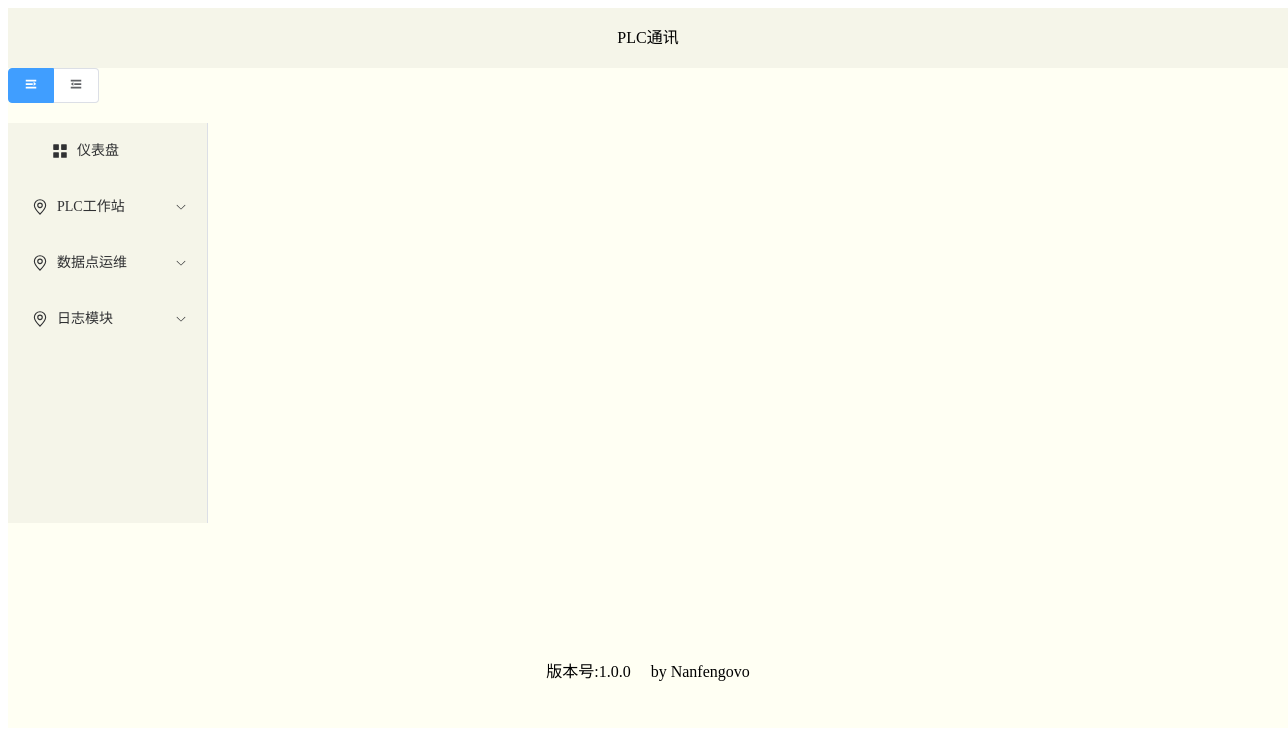
Repository: nanfengovo/HelperWorkStation
Page: /#/framework (app in HelperWorkStation/plchelper-ui/)
An editor plug-in stored every save of this project. The page is shown before and after the next save, followed by the edit.
The browser window is 1280 px wide. The page is 1288 px wide, so the pictures cover 1288 px, including what lies to the right of the window. The pictures show the whole page.
The project was rebuilt for these pictures with package versions that can differ from the ones it lists, and the page was loaded fresh each time. Also part of the build but not shown: HelperWorkStation/plchelper-ui/vite.config.ts, HelperWorkStation/plchelper-ui/src/views/Login/index.vue, HelperWorkStation/plchelper-ui/src/views/FrameWork/layout/panel/index.vue.

Above is the page before, as saved 2024-12-25 10:36:27.

### HelperWorkStation/plchelper-ui/index.html
<!DOCTYPE html>
<html lang="">
  <head>
    <meta charset="UTF-8">
    <link rel="icon" href="/favicon.ico">
    <meta name="viewport" content="width=device-width, initial-scale=1.0">
    <title>Vite App</title>
  </head>
  <body>
    <div id="app"></div>
    <script type="module" src="/src/main.ts"></script>
  </body>
</html>

<style>
  #app{
    /* display: flex;
    justify-content: center;
    align-items: center; */
    height: 100vh;
    width: 100vw;
  }
</style>

### HelperWorkStation/plchelper-ui/src/main.ts
// import './assets/main.css'

import { createApp } from 'vue'
import ElementPlus from 'element-plus'
import 'element-plus/dist/index.css'
import { createPinia } from 'pinia'

import App from './App.vue'
import * as ElementPlusIconsVue from '@element-plus/icons-vue'
import router from './router'

const app = createApp(App)
app.use(router)
for (const [key, component] of Object.entries(ElementPlusIconsVue)) {
    app.component(key, component)
    }
app.use(ElementPlus)
app.use(createPinia())


app.mount('#app')

### HelperWorkStation/plchelper-ui/src/App.vue
<script setup lang="ts">
import {  RouterView } from 'vue-router'
import FrameWork from './views/FrameWork/index.vue'
import Login from './views/Login/index.vue'
</script>

<template>
  <div class="app">
    <RouterView />
  </div>

  <!-- <RouterView /> -->
</template>

<style scoped>
	html,body,#app{
      height: 100%;
      width: 100%;
	}
  .app{
    height: 100%;
    width: 100%;
  }
</style>

### HelperWorkStation/plchelper-ui/src/router/index.ts
import { createMemoryHistory, createRouter, createWebHashHistory } from 'vue-router'
import frameWork from '../views/FrameWork/index.vue';
import Login from '../views/Login/index.vue';
import panel from '../views/FrameWork/layout/panel/index.vue';

const routes = [
    { path: '/', component: Login },
    { path: '/framework', component: frameWork },
    { path: '/framework/panel', component: panel}
    ]


    const router = createRouter({
        history: createWebHashHistory(),
        routes,
    })

export default router;

### HelperWorkStation/plchelper-ui/src/views/FrameWork/index.vue
<template>
    <div class="common-layout">
        <el-container>
            <div class="layout-header">
                <el-header>
                    PLC通讯
                </el-header>
            </div>
            <el-container>
                <el-aside width="200px" height="100vh">
                    <el-radio-group v-model="isCollapse" style="margin-bottom: 20px">
                        <el-radio-button :value="false"><el-icon><Expand /></el-icon></el-radio-button>
                        <el-radio-button :value="true"><el-icon><Fold /></el-icon></el-radio-button>
                    </el-radio-group>
                    <el-menu
                        background-color="#f5f5e9"
                        default-active="1"
                        class="el-menu-vertical-demo"
                        :collapse="isCollapse"
                        @open="handleOpen"
                        @close="handleClose"
                        router
                    >
                        <el-menu-item index="1">
                            <el-menu-item >
                                <el-icon><icon-menu /></el-icon>
                                <template #title>仪表盘</template>
                            </el-menu-item>
                        </el-menu-item>
                        <el-sub-menu index="2">
                        <template #title>
                            <el-icon><location /></el-icon>
                            <span>PLC工作站</span>
                        </template>
                        <el-menu-item-group >
                            <el-menu-item index="2-1">Modbus模块</el-menu-item>
                            <el-menu-item index="2-2">S7模块</el-menu-item>
                            <el-menu-item index="2-3">OPC模块</el-menu-item>
                            <el-menu-item index="2-4">FinsTCP模块</el-menu-item>
                        </el-menu-item-group>
                        </el-sub-menu>
                        <el-sub-menu index="3">
                        <template #title>
                            <el-icon><location /></el-icon>
                            <span>数据点运维</span>
                        </template>
                        <el-menu-item-group >
                            <el-menu-item index="3-1">Modbus数据点配置</el-menu-item>
                            <el-menu-item index="3-2">S7数据点配置</el-menu-item>
                            <el-menu-item index="3-3">OPC数据点配置</el-menu-item>
                            <el-menu-item index="3-4">FinsTCP数据点模块</el-menu-item>
                        </el-menu-item-group>
                        </el-sub-menu>
                        <el-sub-menu index="4">
                        <template #title>
                            <el-icon><location /></el-icon>
                            <span>日志模块</span>
                        </template>
                        <el-menu-item-group >
                            <el-menu-item index="4-1">操作日志</el-menu-item>
                            <el-menu-item index="4-2">读写日志</el-menu-item>
                        </el-menu-item-group>
                        </el-sub-menu>
                    </el-menu>
                </el-aside>
                    <el-container>
                        <el-main><RouterView/></el-main>
                    </el-container>
            </el-container>
                <el-footer class="fixed-footer" >
                    <span>版本号:{{SoftVersion}}</span>&nbsp;&nbsp;&nbsp;&nbsp;
                    <span>by {{ SoftAuthor }}</span>
                </el-footer>
        </el-container>
    </div>
</template>

<script lang="ts" setup>
import { ref } from 'vue'
import { useRouter } from 'vue-router';
import routes from '../../router/index';
import {
    Document,
    Menu as IconMenu,
    Location,
    Setting,
} from '@element-plus/icons-vue'


const activeIndex = ref('1')
const activeIndex2 = ref('1')
const handleSelect = (key: string, keyPath: string[]) => {
    console.log(key, keyPath)
                }
const router = useRouter();
const SoftVersion = ref('1.0.0')
const SoftAuthor = ref('Nanfengovo')



const isCollapse = ref(false)
const handleOpen = (key: string, keyPath: string[]) => {
    console.log(key, keyPath)
}
const handleClose = (key: string, keyPath: string[]) => {
    console.log(key, keyPath)
}
</script>

<style>
.el-menu-vertical-demo:not(.el-menu--collapse) {
    width: 200px;
    min-height: 400px;
}
.layout-header {
    background-color: #f5f5e9;
    color: black;
    text-align: center;
    line-height: 60px;
}
.common-layout{
    display: flex;
    flex-direction: column;
    min-height: 100vh;
    background-color: #fffff3;
}
.fixed-footer {
    background-color: #fffff3; /* 根据需要设置背景颜色 */
    padding: 10px; /* 根据需要设置内边距 */
    text-align: center; /* 根据需要设置文本对齐方式 */
    margin-bottom: 20px;
}

</style>

After the next save:
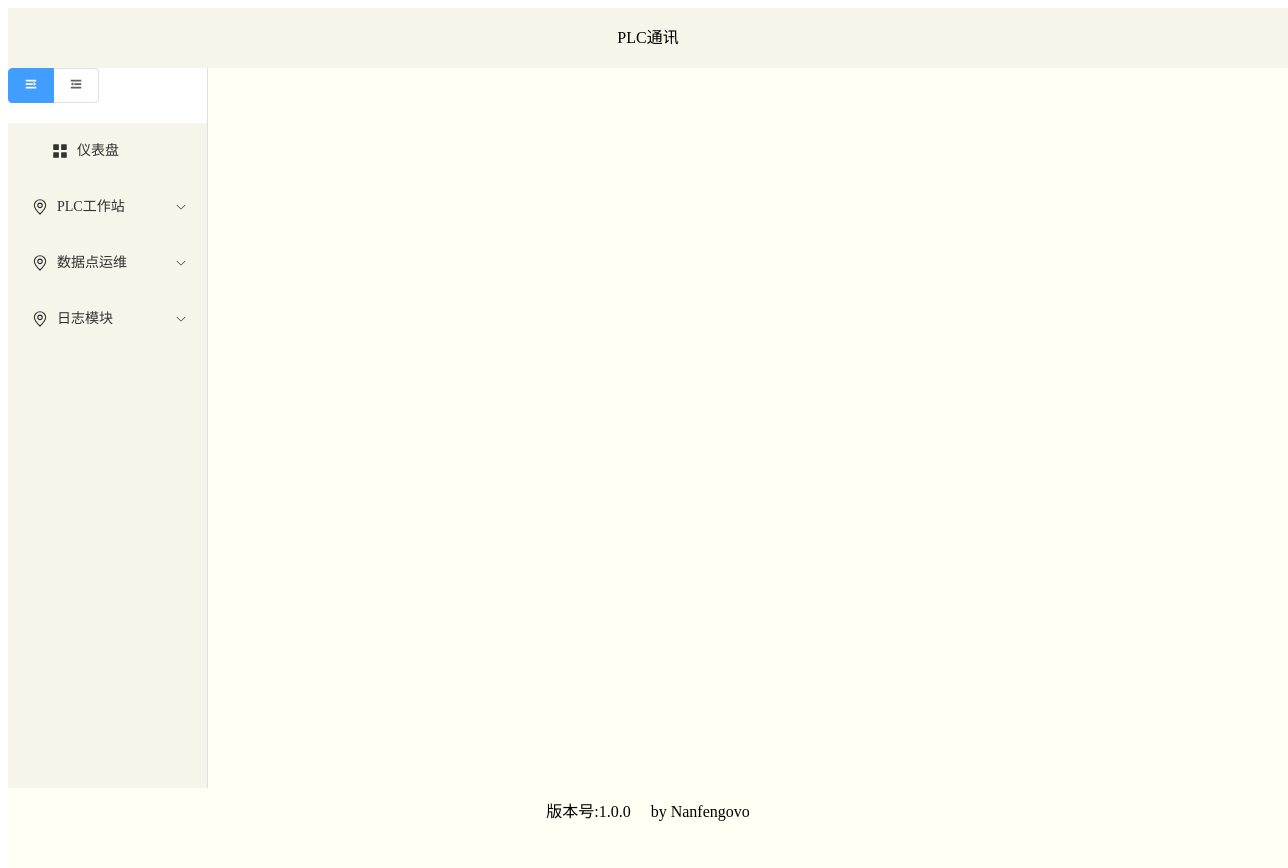
Saved 4 h 0 min later.
--- a/HelperWorkStation/plchelper-ui/src/views/FrameWork/index.vue
+++ b/HelperWorkStation/plchelper-ui/src/views/FrameWork/index.vue
@@ -7,7 +7,7 @@
                 </el-header>
             </div>
             <el-container>
-                <el-aside width="200px" height="100vh">
+                <el-aside width="200px" height="100vh" class="el-menu">
                     <el-radio-group v-model="isCollapse" style="margin-bottom: 20px">
                         <el-radio-button :value="false"><el-icon><Expand /></el-icon></el-radio-button>
                         <el-radio-button :value="true"><el-icon><Fold /></el-icon></el-radio-button>
@@ -108,6 +108,10 @@ const handleClose = (key: string, keyPath: string[]) => {
 </script>
 
 <style>
+.el-menu{
+    height: 100vh;
+    width: 200px;
+}
 .el-menu-vertical-demo:not(.el-menu--collapse) {
     width: 200px;
     min-height: 400px;
